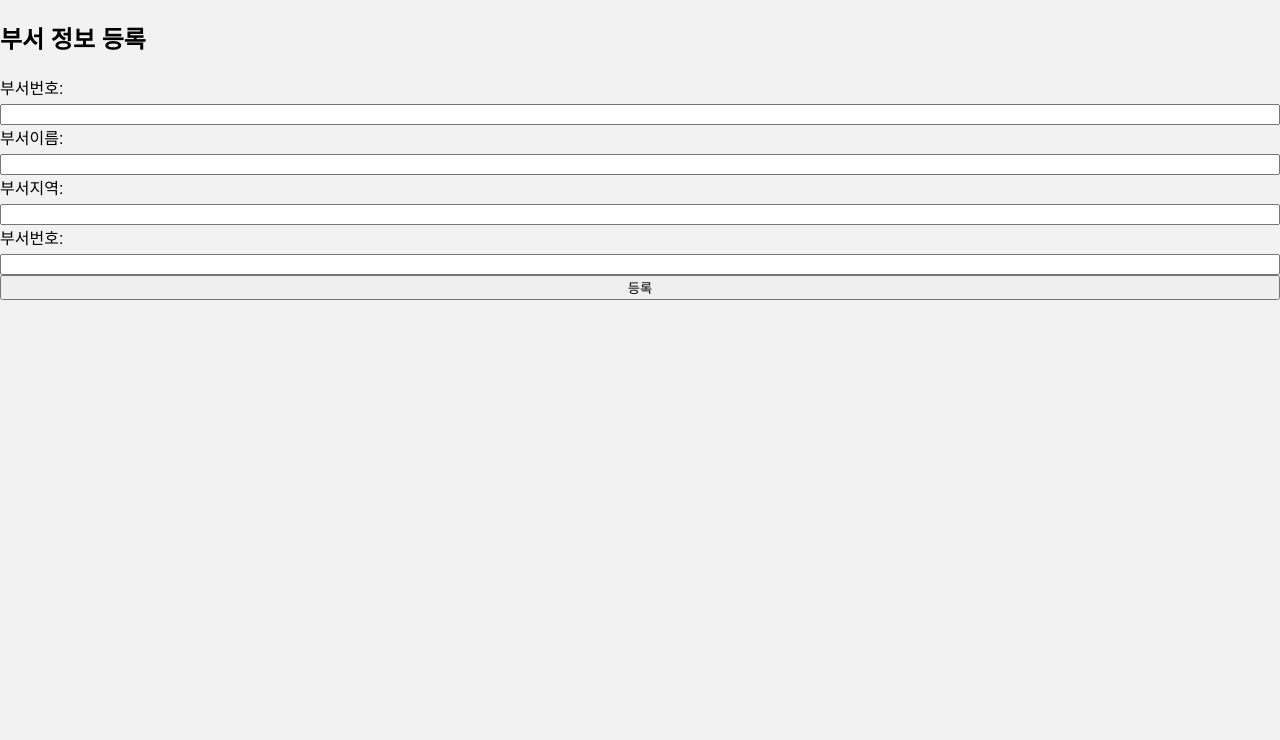
Repository: sieoh/2024html-
Page: http://localhost/jspweb_08/departform.jsp
The author's editor kept a copy of each file at every save. The page is drawn from the files as they stood at one save, then again after the next save.
The browser window is 1280 px wide. The pictures show the whole page.
The page is served by Tomcat 9. Other server files are loaded and not shown.

Above is the page before, as saved 2024-01-12 03:12:50.

### workspace_sts/jspweb_08/src/main/webapp/departform.jsp
<%@ page language="java" contentType="text/html; charset=UTF-8"
    pageEncoding="UTF-8"%>
<%@ page import="java.sql.*" %>
<%@ page import="utils.DBConfig" %>
<!DOCTYPE html>
<html>
<head>
<meta charset="UTF-8">
<title>Insert title here</title>
<style type="text/css">
	body{
		font-family: Arial, sans-serif;
		background-color: #f2f2f2;
		margin: 0;
		padding: 0;
		justify-content: center;
		align-items: center;
		height: 100vh;
	}
	.department-form{
		background-color: #ffff;
		padding: 20px;
		border-radius: 5px;
		box-shadow: 0 0 10px rgba(0, 0, 0, 0.1);
	}
	form{
		display: flex;
		flex-direction: column;
	}
	label{
		margin-bottom: 5px;
	}
</style>
</head>
<body>
	<div id="department-form">
		<h2>부서 정보 등록</h2>
		<form id="departmentform">
			<label for="departId">부서번호:</label>
			<input type="text" id="departId" name="departId" required>

			<label for="departName">부서이름:</label>
			<input type="text" id="departName" name="departName" required>

			<label for="location">부서지역:</label>
			<input type="text" id="location" name="location" required>

			<label for="departnumber">부서번호:</label>
			<input type="text" id="departnumber" name="departnumber" required>

			<button type="submit">등록</button>
		</form>
	</div>
    <script src="js/jquery-3.7.1.min.js"></script>
	<script>
		$(document).ready(function(){
			$('#departmentform').submit(function(event){
				event.preventDefault();

				var departId=$('#departId').val();
				var departName=$('#departName').val();
				var location=$('#location').val();
				var departnumber=$('#departnumber').val();

				console.log('부서번호',departId);
				console.log('부서이름',departName);
				console.log('부서지역',location);
				console.log('부서번호',departnumber);
			});
		});
	</script>
</body>
</html>

Loaded but not shown: workspace_sts/jspweb_08/src/main/webapp/js/jquery-3.7.1.min.js (library)

After the next save:
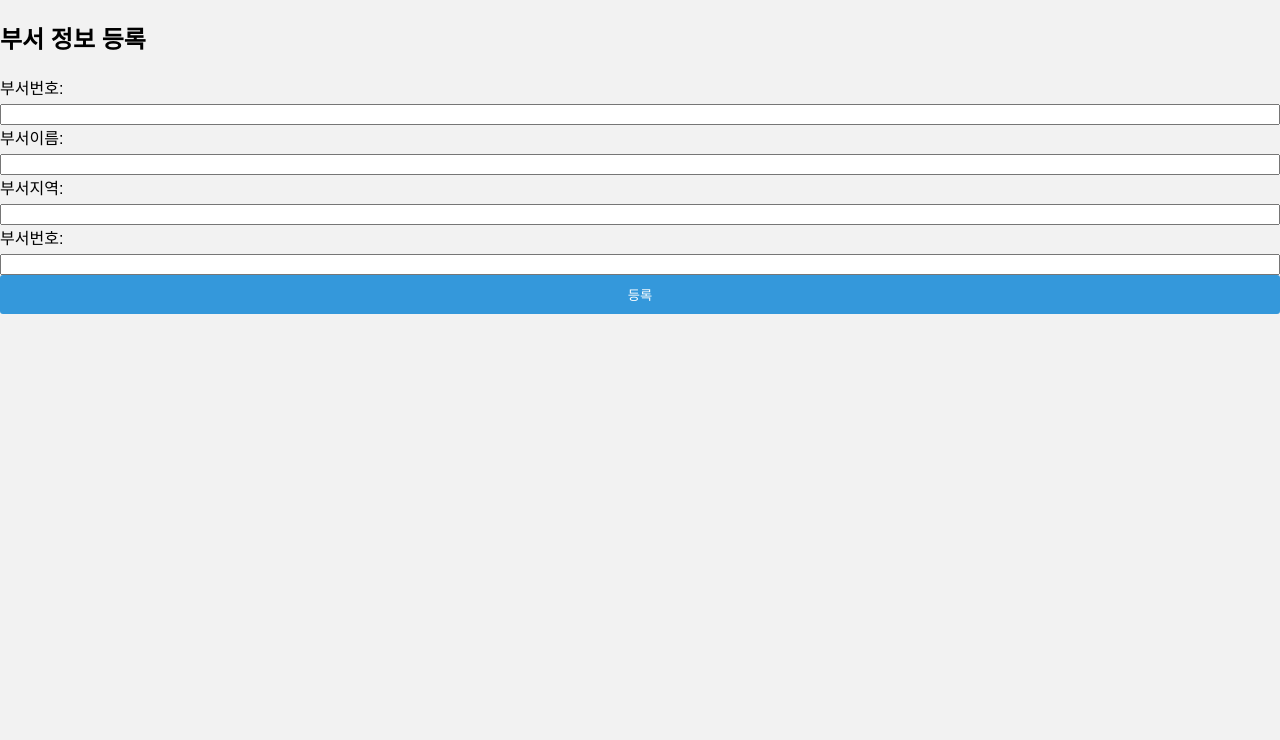
Saved 3 min 25 s later.
--- a/workspace_sts/jspweb_08/src/main/webapp/departform.jsp
+++ b/workspace_sts/jspweb_08/src/main/webapp/departform.jsp
@@ -29,6 +29,17 @@
 	}
 	label{
 		margin-bottom: 5px;
+	}
+	button {
+		background-color: #3498db;
+		color: #fff;
+		padding: 10px;
+		border: none;
+		border-radius: 3px;
+		cursor: pointer;
+	}
+	button:hover{
+		background-color: #217dbb;
 	}
 </style>
 </head>
